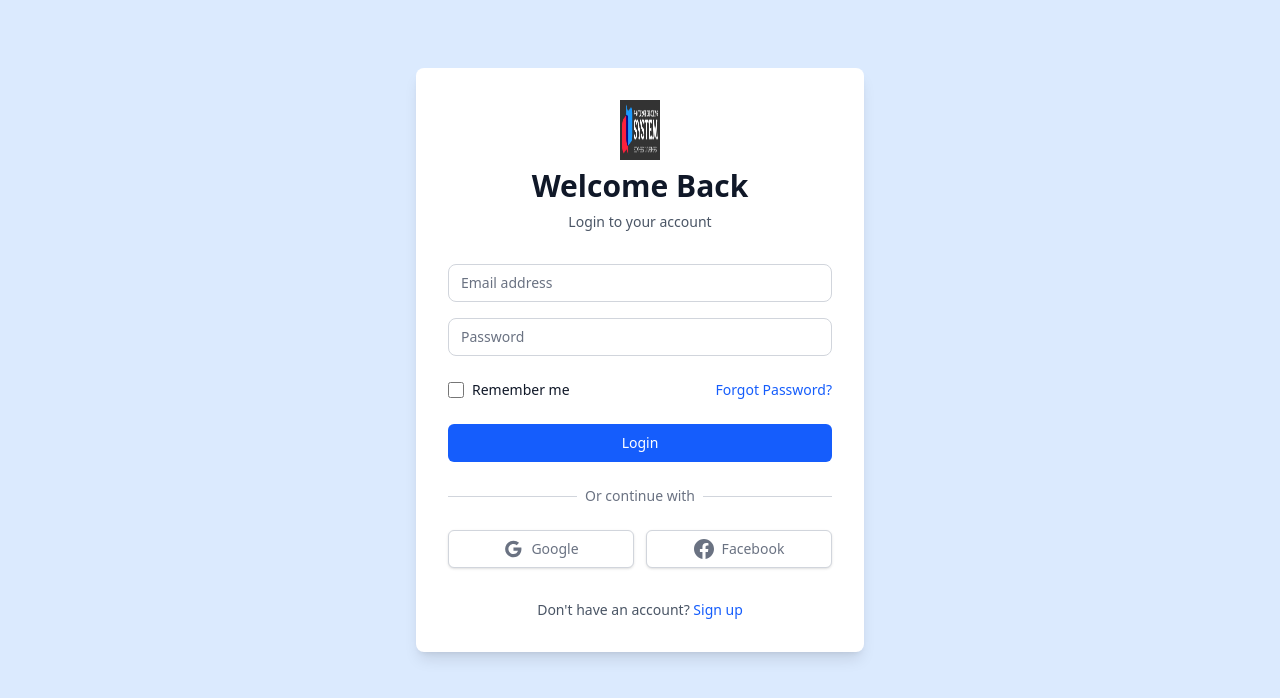
Repository: iamsirajacharya/FYP_Photographer_Booking_system
Page: /login (app in FrontEnd/)
These files come from the project's save history. The page is drawn as it stood at one moment and after the next save; the edit follows.
The browser window is 1280 px wide. The pictures show the whole page.
The project was rebuilt for these pictures with package versions that can differ from the ones it lists, and the page was loaded fresh each time. Also part of the build but not shown: FrontEnd/src/components/Authentication/Register.jsx, FrontEnd/src/components/Dashboard/Banner.jsx, FrontEnd/src/components/Dashboard/Navbar.jsx, FrontEnd/src/components/Dashboard/Home.jsx.

Above is the page before, as saved 2025-02-22 23:21:25.

### FrontEnd/index.html
<!DOCTYPE html>
<html lang="en">
  <head>
    <meta charset="UTF-8" />
    <link rel="icon" type="image/svg+xml" href="/vite.svg" />
    <meta name="viewport" content="width=device-width, initial-scale=1.0" />
    <title>Vite + React</title>
    <link href="/src/index.css" rel="stylesheet" />
  </head>
  <body>
    <div id="root"></div>
    <script type="module" src="/src/main.jsx"></script>
  </body>
</html>

### FrontEnd/src/main.jsx
import React from "react";
import { StrictMode } from "react";
import { createRoot } from "react-dom/client";
import "./index.css";
import App from "./App.jsx";
import { BrowserRouter } from "react-router";

createRoot(document.getElementById("root")).render(
  <BrowserRouter>
    <App />
  </BrowserRouter>
);

### FrontEnd/src/App.jsx
import React from "react";
import { Routes, Route } from "react-router";
import Register from "../src/components/Authentication/Register";
import Home from "../src/components/Dashboard/Home";
import Login from "../src/components/Authentication/Login";

function App() {
  return (
    <Routes>
      <Route path="/" element={<Home />} />
      <Route path="/register" element={<Register />} />
      <Route path="/login" element={<Login />} />
    </Routes>
  );
}

export default App;

### FrontEnd/src/components/Authentication/Login.jsx
import React, { useState } from "react";
import { Link, useNavigate } from "react-router-dom";
import logo from "../../assets/images/logo.jpg";

const Login = () => {
  const navigate = useNavigate();
  const [formData, setFormData] = useState({
    email: "",
    password: "",
    rememberMe: false,
  });
  const [errors, setErrors] = useState({});
  const [isLoading, setIsLoading] = useState(false);

  const validateForm = () => {
    const newErrors = {};

    // Email validation
    if (!formData.email) {
      newErrors.email = "Email is required";
    } else if (!/\S+@\S+\.\S+/.test(formData.email)) {
      newErrors.email = "Please enter a valid email";
    }

    // Password validation
    if (!formData.password) {
      newErrors.password = "Password is required";
    } else if (formData.password.length < 6) {
      newErrors.password = "Password must be at least 6 characters";
    }

    setErrors(newErrors);
    return Object.keys(newErrors).length === 0;
  };

  const handleChange = (e) => {
    const { name, value, type, checked } = e.target;
    setFormData((prev) => ({
      ...prev,
      [name]: type === "checkbox" ? checked : value,
    }));
    // Clear error when user starts typing
    if (errors[name]) {
      setErrors((prev) => ({
        ...prev,
        [name]: "",
      }));
    }
  };

  const handleSubmit = async (e) => {
    e.preventDefault();

    if (!validateForm()) {
      return;
    }

    setIsLoading(true);
    try {
      // Simulate API call
      await new Promise((resolve) => setTimeout(resolve, 1000));

      // Handle successful login
      console.log("Login successful");
      navigate("/dashboard");
    } catch (error) {
      setErrors({
        submit: "Failed to login. Please try again.",
      });
    } finally {
      setIsLoading(false);
    }
  };

  const handleSocialLogin = (provider) => {
    console.log(`Logging in with ${provider}`);
    // Implement social login logic here
  };

  return (
    <div className="min-h-screen flex items-center justify-center bg-blue-100 py-12 px-4 sm:px-6 lg:px-8">
      <div className="max-w-md w-full space-y-8 bg-white p-8 rounded-lg shadow-lg">
        <div className="flex flex-col items-center text-center">
          <img className="h-15 w-10 mb-2" src={logo} alt="logo" />
          <h2 className="text-3xl font-bold text-gray-900">Welcome Back</h2>
          <p className="mt-2 text-sm text-gray-600">Login to your account</p>
        </div>

        <form className="mt-8 space-y-6" onSubmit={handleSubmit}>
          <div className="space-y-4">
            <div>
              <label htmlFor="email" className="sr-only">
                Email address
              </label>
              <div className="relative">
                <input
                  id="email"
                  name="email"
                  type="email"
                  value={formData.email}
                  onChange={handleChange}
                  className={`appearance-none rounded-lg relative block w-full px-3 py-2 border ${
                    errors.email ? "border-red-500" : "border-gray-300"
                  } placeholder-gray-500 text-gray-900 focus:outline-none focus:ring-blue-500 focus:border-blue-500 focus:z-10 sm:text-sm`}
                  placeholder="Email address"
                />
                {errors.email && (
                  <p className="mt-1 text-xs text-red-500">{errors.email}</p>
                )}
              </div>
            </div>

            <div>
              <label htmlFor="password" className="sr-only">
                Password
              </label>
              <div className="relative">
                <input
                  id="password"
                  name="password"
                  type="password"
                  value={formData.password}
                  onChange={handleChange}
                  className={`appearance-none rounded-lg relative block w-full px-3 py-2 border ${
                    errors.password ? "border-red-500" : "border-gray-300"
                  } placeholder-gray-500 text-gray-900 focus:outline-none focus:ring-blue-500 focus:border-blue-500 focus:z-10 sm:text-sm`}
                  placeholder="Password"
                />
                {errors.password && (
                  <p className="mt-1 text-xs text-red-500">{errors.password}</p>
                )}
              </div>
            </div>
          </div>

          <div className="flex items-center justify-between">
            <div className="flex items-center">
              <input
                id="remember-me"
                name="rememberMe"
                type="checkbox"
                checked={formData.rememberMe}
                onChange={handleChange}
                className="h-4 w-4 text-blue-600 focus:ring-blue-500 border-gray-300 rounded"
              />
              <label
                htmlFor="remember-me"
                className="ml-2 block text-sm text-gray-900"
              >
                Remember me
              </label>
            </div>

            <div className="text-sm">
              <Link
                to="/forgot-password"
                className="font-medium text-blue-600 hover:text-blue-500"
              >
                Forgot Password?
              </Link>
            </div>
          </div>

          {errors.submit && (
            <p className="text-sm text-center text-red-500">{errors.submit}</p>
          )}

          <button
            type="submit"
            disabled={isLoading}
            className="group relative w-full flex justify-center py-2 px-4 border border-transparent text-sm font-medium rounded-md text-white bg-blue-600 hover:bg-blue-700 focus:outline-none focus:ring-2 focus:ring-offset-2 focus:ring-blue-500 disabled:opacity-50"
          >
            {isLoading ? (
              <span className="flex items-center">
                <svg
                  className="animate-spin -ml-1 mr-3 h-5 w-5 text-white"
                  xmlns="http://www.w3.org/2000/svg"
                  fill="none"
                  viewBox="0 0 24 24"
                >
                  <circle
                    className="opacity-25"
                    cx="12"
                    cy="12"
                    r="10"
                    stroke="currentColor"
                    strokeWidth="4"
                  ></circle>
                  <path
                    className="opacity-75"
                    fill="currentColor"
                    d="M4 12a8 8 0 018-8V0C5.373 0 0 5.373 0 12h4zm2 5.291A7.962 7.962 0 014 12H0c0 3.042 1.135 5.824 3 7.938l3-2.647z"
                  ></path>
                </svg>
                Loading...
              </span>
            ) : (
              "Login"
            )}
          </button>

          <div className="mt-6">
            <div className="relative">
              <div className="absolute inset-0 flex items-center">
                <div className="w-full border-t border-gray-300"></div>
              </div>
              <div className="relative flex justify-center text-sm">
                <span className="px-2 bg-white text-gray-500">
                  Or continue with
                </span>
              </div>
            </div>

            <div className="mt-6 grid grid-cols-2 gap-3">
              <button
                type="button"
                onClick={() => handleSocialLogin("Google")}
                className="w-full inline-flex justify-center py-2 px-4 border border-gray-300 rounded-md shadow-sm bg-white text-sm font-medium text-gray-500 hover:bg-gray-50"
              >
                <svg className="w-5 h-5" viewBox="0 0 24 24">
                  <path
                    fill="currentColor"
                    d="M12.545,10.239v3.821h5.445c-0.712,2.315-2.647,3.972-5.445,3.972c-3.332,0-6.033-2.701-6.033-6.032s2.701-6.032,6.033-6.032c1.498,0,2.866,0.549,3.921,1.453l2.814-2.814C17.503,2.988,15.139,2,12.545,2C7.021,2,2.543,6.477,2.543,12s4.478,10,10.002,10c8.396,0,10.249-7.85,9.426-11.748L12.545,10.239z"
                  />
                </svg>
                <span className="ml-2">Google</span>
              </button>

              <button
                type="button"
                onClick={() => handleSocialLogin("Facebook")}
                className="w-full inline-flex justify-center py-2 px-4 border border-gray-300 rounded-md shadow-sm bg-white text-sm font-medium text-gray-500 hover:bg-gray-50"
              >
                <svg
                  className="w-5 h-5"
                  fill="currentColor"
                  viewBox="0 0 24 24"
                >
                  <path d="M24 12.073c0-6.627-5.373-12-12-12s-12 5.373-12 12c0 5.99 4.388 10.954 10.125 11.854v-8.385H7.078v-3.47h3.047V9.43c0-3.007 1.792-4.669 4.533-4.669 1.312 0 2.686.235 2.686.235v2.953H15.83c-1.491 0-1.956.925-1.956 1.874v2.25h3.328l-.532 3.47h-2.796v8.385C19.612 23.027 24 18.062 24 12.073z" />
                </svg>
                <span className="ml-2">Facebook</span>
              </button>
            </div>
          </div>
        </form>

        <p className="mt-8 text-center text-sm text-gray-600">
          Don't have an account?{" "}
          <Link
            to="/signup"
            className="font-medium text-blue-600 hover:text-blue-500"
          >
            Sign up
          </Link>
        </p>
      </div>
    </div>
  );
};

export default Login;

Loaded but not shown: FrontEnd/src/index.css (common file)

After the next save:
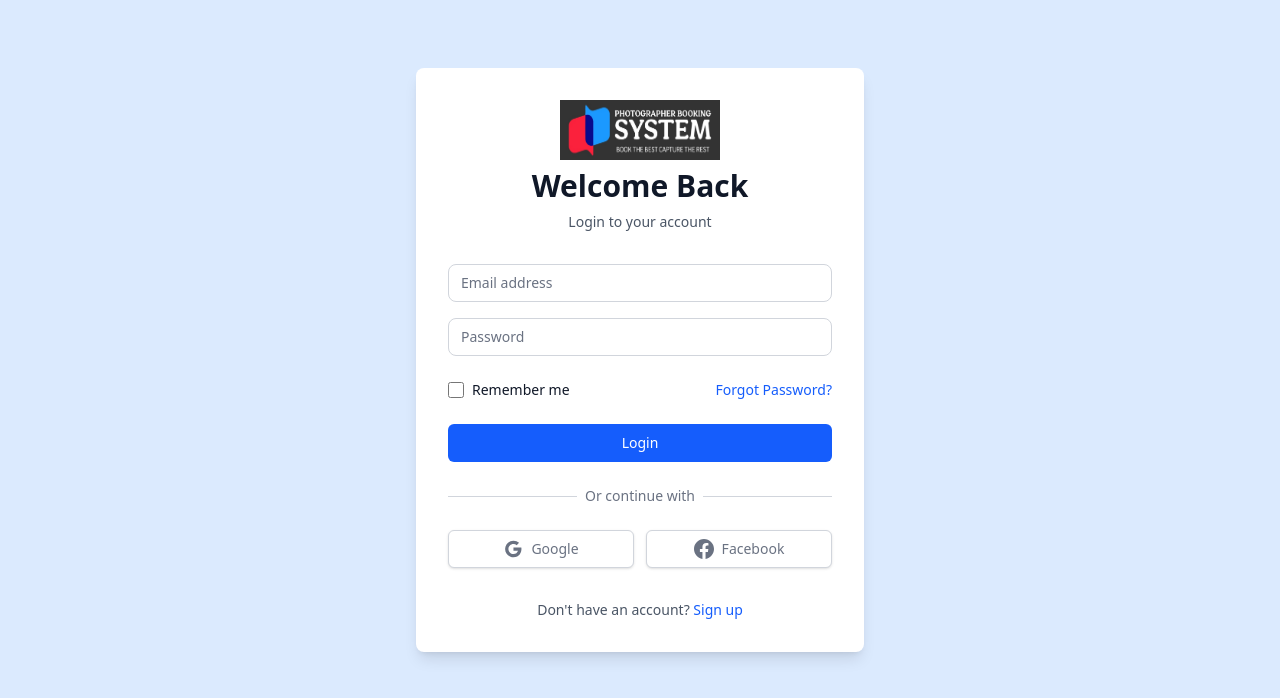
Saved 6 s later.
--- a/FrontEnd/src/components/Authentication/Login.jsx
+++ b/FrontEnd/src/components/Authentication/Login.jsx
@@ -81,7 +81,7 @@ const Login = () => {
     <div className="min-h-screen flex items-center justify-center bg-blue-100 py-12 px-4 sm:px-6 lg:px-8">
       <div className="max-w-md w-full space-y-8 bg-white p-8 rounded-lg shadow-lg">
         <div className="flex flex-col items-center text-center">
-          <img className="h-15 w-10 mb-2" src={logo} alt="logo" />
+          <img className="h-15 w-40 mb-2" src={logo} alt="logo" />
           <h2 className="text-3xl font-bold text-gray-900">Welcome Back</h2>
           <p className="mt-2 text-sm text-gray-600">Login to your account</p>
         </div>
